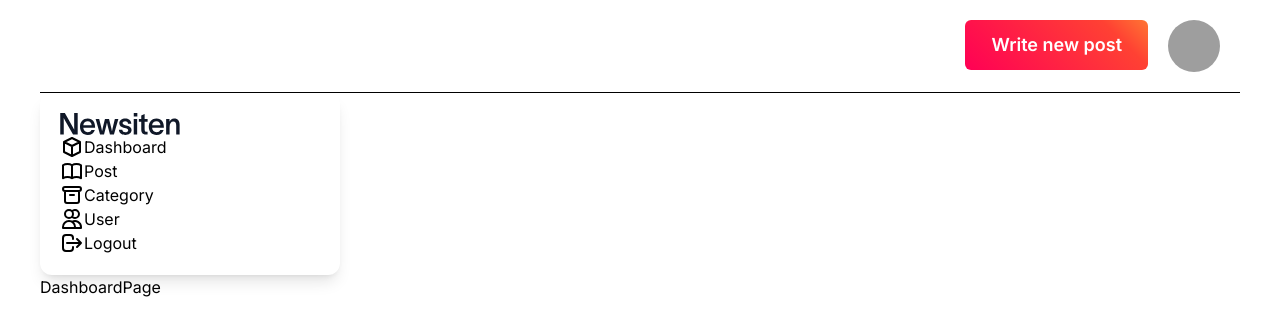
Repository: BrianPhamDev/Blog-App
Page: /dashboard
The author's editor kept a copy of each file at every save. The page is drawn from the files as they stood at one save, then again after the next save.
The browser window is 1280 px wide. The pictures show the whole page.
Pictures or frames that could not be fetched are drawn as grey boxes. The project was rebuilt for these pictures with package versions that can differ from the ones it lists, and the page was loaded fresh each time. Also part of the build but not shown: src/pages/signUpPage/signUpPage.scss, src/components/label/label.scss, src/components/label/Label.js, src/components/input/input.scss, src/components/input/Input.js, src/components/input/InputPasswordToggle.js, src/components/input/index.js, src/pages/authenticationPage/authenticationPage.scss and 23 more. Imported but missing from the stored project, and not drawn on this page: src/components/icons.

Above is the page before, as saved 2023-08-02 20:44:28.

### public/index.html
<!DOCTYPE html>
<html lang="en">
  <head>
    <meta charset="utf-8" />

    <meta name="viewport" content="width=device-width, initial-scale=1" />

    <title>React App</title>
  </head>
  <body>
    <div id="root"></div>
  </body>
</html>

### src/index.js
import React from "react";
import "./styles/index.scss";
import App from "./App";
import reportWebVitals from "./reportWebVitals";
import { BrowserRouter } from "react-router-dom";
import { createRoot } from "react-dom/client";
import { ToastContainer } from "react-toastify";
import "react-toastify/dist/ReactToastify.css";

const container = document.getElementById("root");
const root = createRoot(container);

root.render(
  <React.StrictMode>
    <BrowserRouter>
      <App />
      <ToastContainer></ToastContainer>
    </BrowserRouter>
  </React.StrictMode>
);

reportWebVitals();

### src/styles/index.scss
@tailwind base;
@tailwind components;
@tailwind utilities;

@import "reset";
@import url("https://fonts.googleapis.com/css2?family=Inter:wght@100;200;300;400;500;600;700;800;900&display=swap");

@layer base {
  :root {
    --primary: #ff0055;
    --primary-active: #e5004c;
    --primary-grad2: #ff4133;
    --grad2-active: #e53a2e;
    --primary-grad3: #ff7633;
    --grad3-active: #e56a2e;
    --primary-d: #ff1a66;
    --primary-grad2-d: #ff5448;
    --primary-grad3-d: #ff8448;
    --danger: #f00;
    --danger-active: #e50000;
    --border-inactive: #ccc;
    --background-active: #000000;
    --background-inactive: #e7ecf3d6;
    --inactive: rgb(54, 54, 54);
    --text-meta: #91a8b0;
    --gray-300: rgb(237, 243, 245);
  }

  html {
    font-family: "Inter", system-ui, sans-serif;
  }
}

@layer utilities {
  .container {
    width: 100%;
    max-width: 1600px;
    margin: 0 auto;
    padding: 0 40px;
  }

  .background-gradient {
    background-image: linear-gradient(
      45deg,
      var(--primary) 0%,
      var(--primary-grad2) 80%,
      var(--primary-grad3) 100%
    );
  }

  .text-gradient {
    background-image: linear-gradient(
      45deg,
      var(--primary) 0%,
      var(--primary-grad2) 80%,
      var(--primary-grad3) 100%
    );
    background-clip: text;
    color: transparent;
  }

  .heading-1 {
    color: #000000;
    font-size: 38px;
    font-weight: 900;
    line-height: 47px;
  }

  .heading-2 {
    font-size: 30px;
    font-weight: 800;
    line-height: 38px;
  }

  .heading-3 {
    font-weight: 600;
    line-height: 28.8px;
    font-size: 16px;
  }

  .heading-4 {
    font-style: 14px;
    line-height: 20px;
    font-weight: 500;
  }

  .bodycopy {
    font-size: 16px;
    line-height: 27.2px;
    font-weight: 400;
  }

  .meta {
    font-style: 12px;
    font-weight: 400;
    line-height: 17px;
  }

  .button-text {
    @apply underline;
    font-size: 14px;
    color: var(--inactive);
    font-weight: 400;
  }

  .input-icon {
    position: absolute;
    right: 20px;
    top: 50%;
    transform: translateY(-50%);
    cursor: pointer;
  }

  .smooth-transition {
    @apply transition-all ease-in-out duration-200;
  }
}

### src/App.js
import { Routes, Route } from "react-router-dom";
import { AuthProvider } from "./contexts/auth-context";
import SignUpPage from "./pages/signUpPage/SignUpPage";
import SignInPage from "./pages/signInPage/SignInPage";
import HomePage from "./pages/homePage/HomePage";
import NotFoundPage from "./pages/notFoundPage/NotFoundPage";
import PostDetailsPage from "./module/Post/PostDetails/PostDetailsPage";
import DashboardPage from "./pages/dashboardPage.js/DashboardPage";
import DashboardLayout from "./module/dashboard/DashboardLayout";

function App() {
  return (
    <div>
      <AuthProvider>
        <Routes>
          <Route path="/" element={<HomePage />}></Route>
          <Route path="/sign-up" element={<SignUpPage />}></Route>
          <Route path="/sign-in" element={<SignInPage />}></Route>

          <Route path="*" element={<NotFoundPage />}></Route>
          <Route path="/:slug" element={<PostDetailsPage />}></Route>
          <Route element={<DashboardLayout />}>
            <Route path="/dashboard" element={<DashboardPage />}></Route>
          </Route>
        </Routes>
      </AuthProvider>
    </div>
  );
}

export default App;

### src/styles/_reset.scss
*,
*::before,
*::after {
  box-sizing: border-box;
}
* {
  margin: 0;
  padding: 0;
}

html,
body {
  height: 100%;
}
body {
  line-height: 1.5;
  -webkit-font-smoothing: antialiased;
  -webkit-tap-highlight-color: rgba(0, 0, 0, 0);
}

img,
picture,
video,
canvas,
svg {
  display: block;
  max-width: 100%;
}
input,
button,
textarea,
select {
  font: inherit;
  outline: none;
  border: none;
}
p,
h1,
h2,
h3,
h4,
h5,
h6 {
  overflow-wrap: break-word;
}

### src/contexts/auth-context.js
import { onAuthStateChanged } from "firebase/auth";
import { useEffect, useState } from "react";
import { auth } from "../firebase/firebase-config";

const { createContext, useContext } = require("react");

const AuthContext = createContext();

function AuthProvider(props) {
  const [userInfo, setUserInfo] = useState("");
  const value = { userInfo, setUserInfo };
  useEffect(() => {
    onAuthStateChanged(auth, (user) => {
      setUserInfo(user);
    });
  }, []);
  return <AuthContext.Provider value={value} {...props}></AuthContext.Provider>;
}

function useAuth() {
  const context = useContext(AuthContext);
  if (typeof context === "undefined")
    throw new Error("useAuth must be used within AuthProvider");
  return context;
}

export { AuthProvider, useAuth };

### src/module/dashboard/DashboardLayout.js
import React from "react";
import DashboardHeader from "./DashboardHeader";
import Sidebar from "./Sidebar";
import { Outlet } from "react-router-dom";
const DashboardLayout = ({ children }) => {
  return (
    <div className="container">
      <DashboardHeader></DashboardHeader>
      <div className="dashboard-main">
        <Sidebar>Sidebar</Sidebar>
        <div className="dashboard-children">
          <Outlet></Outlet>
        </div>
      </div>
    </div>
  );
};

export default DashboardLayout;

### src/firebase/firebase-config.js
// Import the functions you need from the SDKs you need
import { initializeApp } from "firebase/app";
import { getFirestore } from "firebase/firestore";
import { getAuth } from "firebase/auth";
// TODO: Add SDKs for Firebase products that you want to use
// https://firebase.google.com/docs/web/setup#available-libraries

// Your web app's Firebase configuration
const firebaseConfig = {
  apiKey: "AIzaSyBvYgsZz9zgVLPl1CRt32h11zSY1hwyQnQ",
  authDomain: "blogging-dc5e9.firebaseapp.com",
  projectId: "blogging-dc5e9",
  storageBucket: "blogging-dc5e9.appspot.com",
  messagingSenderId: "470546749308",
  appId: "1:470546749308:web:b657e2250e78464d5c36f9",
};

// Initialize Firebase
const app = initializeApp(firebaseConfig);

// Initialize Cloud Firestore and get a reference to the service
export const db = getFirestore(app);

// Initialize Firebase Authentication and get a reference to the service
export const auth = getAuth(app);

### src/module/dashboard/DashboardHeader.js
import { Button } from "../../components/button";
import React from "react";

const DashboardHeader = () => {
  return (
    <div className="dashboard-header-wrapper bg-white p-5 border-b border-b-black flex gap-5 justify-end">
      <Button to="/dashboard" className="dashboard-header-button">
        Write new post
      </Button>
      <div className="dashboard-header-avatar h-[52px] w-[52px]">
        <img
          src="https://images.unsplash.com/photo-1568602471122-7832951cc4c5?ixlib=rb-1.2.1&ixid=MnwxMjA3fDB8MHxwaG90by1wYWdlfHx8fGVufDB8fHx8&auto=format&fit=crop&w=3270&q=80"
          alt="guys-smilling"
          className="w-full h-full object-cover rounded-full"
        />
      </div>
    </div>
  );
};

export default DashboardHeader;

### src/module/dashboard/Sidebar.js
import React from "react";
import { NavLink } from "react-router-dom";

const sidebarLinks = [
  {
    title: "Dashboard",
    url: "/dashboard",
    icon: (
      <svg
        xmlns="http://www.w3.org/2000/svg"
        class="h-6 w-6"
        fill="none"
        viewBox="0 0 24 24"
        stroke="currentColor"
        strokeWidth="2"
      >
        <path
          strokeLinecap="round"
          strokeLinejoin="round"
          d="M20 7l-8-4-8 4m16 0l-8 4m8-4v10l-8 4m0-10L4 7m8 4v10M4 7v10l8 4"
        />
      </svg>
    ),
  },
  {
    title: "Post",
    url: "/manage/post",
    icon: (
      <svg
        xmlns="http://www.w3.org/2000/svg"
        class="h-6 w-6"
        fill="none"
        viewBox="0 0 24 24"
        stroke="currentColor"
        strokeWidth="2"
      >
        <path
          strokeLinecap="round"
          strokeLinejoin="round"
          d="M12 6.253v13m0-13C10.832 5.477 9.246 5 7.5 5S4.168 5.477 3 6.253v13C4.168 18.477 5.754 18 7.5 18s3.332.477 4.5 1.253m0-13C13.168 5.477 14.754 5 16.5 5c1.747 0 3.332.477 4.5 1.253v13C19.832 18.477 18.247 18 16.5 18c-1.746 0-3.332.477-4.5 1.253"
        />
      </svg>
    ),
  },
  {
    title: "Category",
    url: "/manage/category",
    icon: (
      <svg
        xmlns="http://www.w3.org/2000/svg"
        class="h-6 w-6"
        fill="none"
        viewBox="0 0 24 24"
        stroke="currentColor"
        strokeWidth="2"
      >
        <path
          strokeLinecap="round"
          strokeLinejoin="round"
          d="M5 8h14M5 8a2 2 0 110-4h14a2 2 0 110 4M5 8v10a2 2 0 002 2h10a2 2 0 002-2V8m-9 4h4"
        />
      </svg>
    ),
  },
  {
    title: "User",
    url: "/manage/user",
    icon: (
      <svg
        xmlns="http://www.w3.org/2000/svg"
        class="h-6 w-6"
        fill="none"
        viewBox="0 0 24 24"
        stroke="currentColor"
        strokeWidth="2"
      >
        <path
          strokeLinecap="round"
          strokeLinejoin="round"
          d="M12 4.354a4 4 0 110 5.292M15 21H3v-1a6 6 0 0112 0v1zm0 0h6v-1a6 6 0 00-9-5.197M13 7a4 4 0 11-8 0 4 4 0 018 0z"
        />
      </svg>
    ),
  },
  {
    title: "Logout",
    url: "/",
    icon: (
      <svg
        xmlns="http://www.w3.org/2000/svg"
        class="h-6 w-6"
        fill="none"
        viewBox="0 0 24 24"
        stroke="currentColor"
        strokeWidth="2"
      >
        <path
          strokeLinecap="round"
          strokeLinejoin="round"
          d="M17 16l4-4m0 0l-4-4m4 4H7m6 4v1a3 3 0 01-3 3H6a3 3 0 01-3-3V7a3 3 0 013-3h4a3 3 0 013 3v1"
        />
      </svg>
    ),
    onClick: () => {},
  },
];

const Sidebar = ({ children }) => {
  return (
    <div className="sidebar-wrapper max-w-[300px] bg-white shadow-lg rounded-xl p-5">
      <div className="sidebar-logo">
        <img src="./Logo.svg" alt="Newsiten" className="max-w-[120px]" />
      </div>
      {sidebarLinks.map((item) => (
        <NavLink key={item.url} to={item.url} className="menu-item flex">
          <div className="menu-icon">{item.icon}</div>
          <div className="menu-title0.">{item.title}</div>
        </NavLink>
      ))}
    </div>
  );
};

export default Sidebar;

### src/components/button/Button.js
import React from "react";
import "./button.scss";
import Spinner from "../spinner/Spinner";
import PropTypes from "prop-types";
import { NavLink } from "react-router-dom";

/**
 * @param {*} onClick Handler onClick
 *@requires
 * @param {string} type Type of button 'button' | 'submit'
 * @returns
 */

const Button = ({
  type = "button",
  onClick = () => {},
  className,
  children,
  isLoading,
  to,
  ...props
}) => {
  const child = !!isLoading ? <Spinner></Spinner> : children;
  if (to !== "" && typeof to === "string")
    return (
      <NavLink to={to} {...props}>
        <button className="w-fit px-[26px] whitespace-nowrap text-white rounded-md font-semibold cursor-pointer text-lg h-[50px] flex items-center justify-center background-gradient">
          {children}
        </button>
      </NavLink>
    );

  return (
    <button type={type} className={`button ${className}`} {...props}>
      {child}
    </button>
  );
};

Button.propTypes = {
  type: PropTypes.oneOf(["button", "submit"]).isRequired,
  isLoading: PropTypes.bool,
  onClick: PropTypes.func,
};

export default Button;

### tailwind.config.js
/** @type {import('tailwindcss').Config} */
module.exports = {
  content: ["./src/**/*.{js,jsx,ts,tsx}"],
  theme: {
    extend: {
      colors: {
        borderInactive: "var(--border-inactive)",
        inactive: "var(--inactive)",
        backgroundInactive: "var(--background-inactive)",
      },
      fontFamily: {},
    },
  },
  plugins: [],
};

Loaded but not shown: src/reportWebVitals.js (common file); src/pages/dashboardPage.js/DashboardPage.js (common file); src/components/button/index.js (common file); src/pages/signInPage/signInPage.scss (no stored copy; drawn as an empty file)

After the next save:
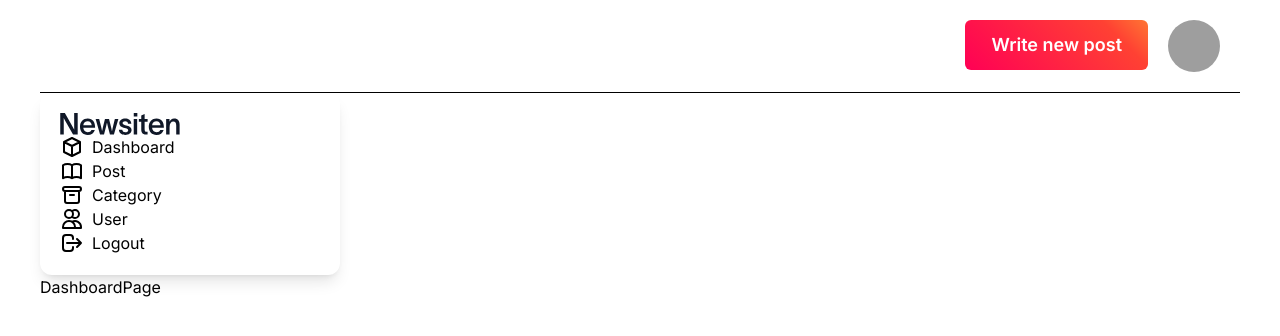
Saved 8 s later.
--- a/src/module/dashboard/Sidebar.js
+++ b/src/module/dashboard/Sidebar.js
@@ -112,7 +112,7 @@ const Sidebar = ({ children }) => {
         <img src="./Logo.svg" alt="Newsiten" className="max-w-[120px]" />
       </div>
       {sidebarLinks.map((item) => (
-        <NavLink key={item.url} to={item.url} className="menu-item flex">
+        <NavLink key={item.url} to={item.url} className="menu-item flex gap-2">
           <div className="menu-icon">{item.icon}</div>
           <div className="menu-title0.">{item.title}</div>
         </NavLink>
